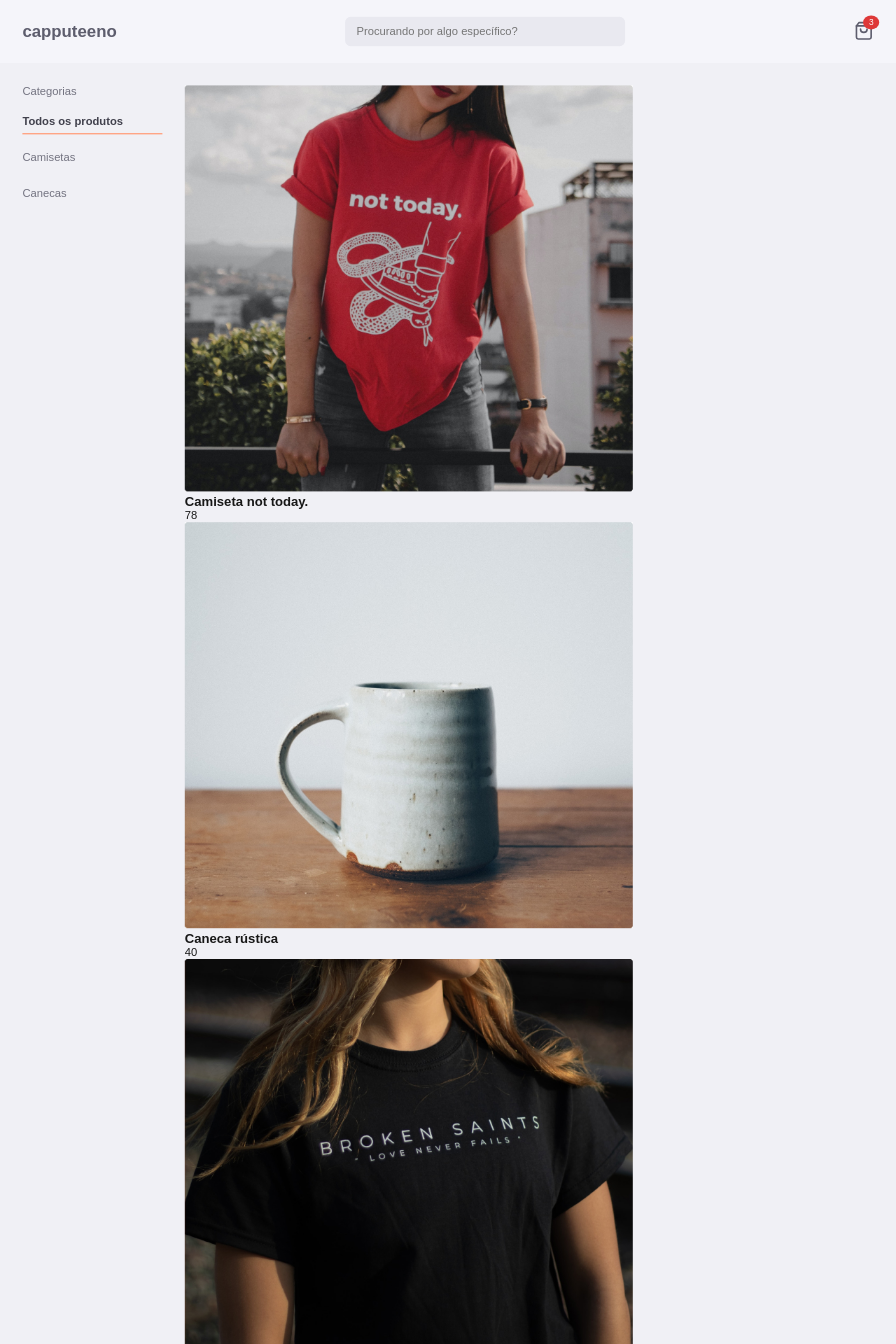
Repository: Biel-barbosa/capputeenoecomerce
Page: /
The author's editor kept a copy of each file at every save. The page is drawn from the files as they stood at one save, then again after the next save.
The browser window is 1280 px wide. The pictures show the part of the page from y = 0 to 1920 px (the page is 7661 px tall), at 70% of full size.
The project was rebuilt for these pictures with package versions that can differ from the ones it lists, and the page was loaded fresh each time. The framework's server and built-in components were replaced by stand-ins that run in the browser. Also part of the build but not shown: next.config.ts.

Above is the page before, as saved 2025-04-22 19:57:04.

After the next save:
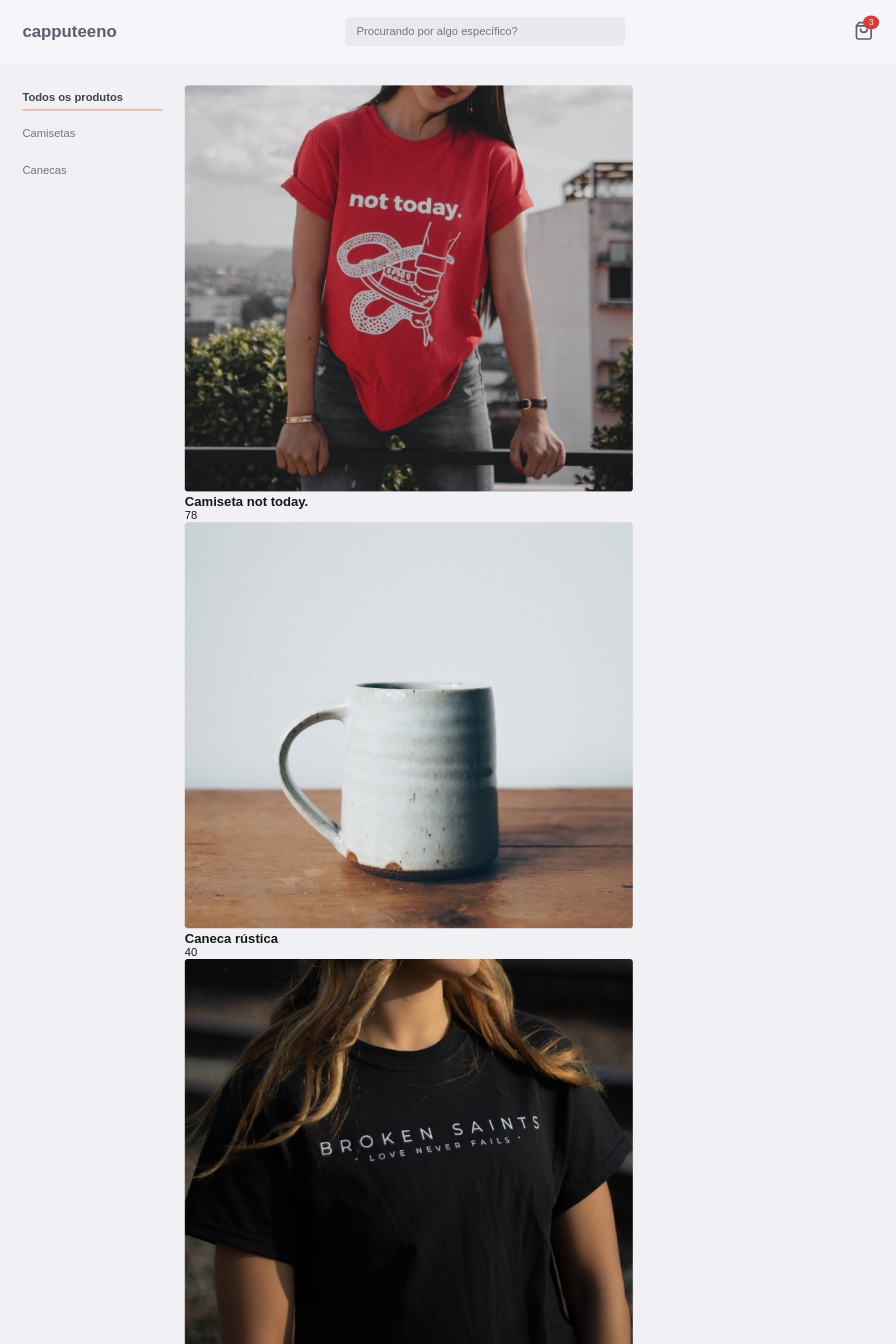
Saved 15 s later.
--- a/src/components/CategoryFilter.tsx
+++ b/src/components/CategoryFilter.tsx
@@ -1,10 +1,18 @@
 'use client';
 import styled from 'styled-components';
 
-// Usando o shouldForwardProp para garantir que a prop 'isActive' não seja passada para o DOM
-const Button = styled.button.withConfig({
-    shouldForwardProp: (prop) => prop !== 'isActive', // Não passa 'isActive' para o DOM
-}) <{ isActive: boolean }>`
+const Wrapper = styled.aside`
+  display: flex;
+  flex-direction: column;
+  gap: 1rem;
+  min-width: 200px;
+
+  @media (max-width: 768px) {
+    display: none; // Podemos melhorar isso depois com dropdown
+  }
+`;
+
+const Button = styled.button<{ isActive: boolean }>`
   text-align: left;
   padding: 0.5rem 0;
   border: none;
@@ -20,23 +28,6 @@ const Button = styled.button.withConfig({
   }
 `;
 
-const Wrapper = styled.aside`
-  display: flex;
-  flex-direction: column;
-  gap: 1rem;
-  min-width: 200px;
-
-  @media (max-width: 768px) {
-    display: none; // podemos melhorar isso depois com dropdown
-  }
-`;
-
-const Title = styled.h2`
-  font-size: 1rem;
-  font-weight: 500;
-  color: #737380;
-`;
-
 type Props = {
     selectedCategory: string;
     onSelectCategory: (category: string) => void;
@@ -45,7 +36,6 @@ type Props = {
 const CategoryFilter = ({ selectedCategory, onSelectCategory }: Props) => {
     return (
         <Wrapper>
-            <Title>Categorias</Title>
             <Button
                 isActive={selectedCategory === 'all'}
                 onClick={() => onSelectCategory('all')}
